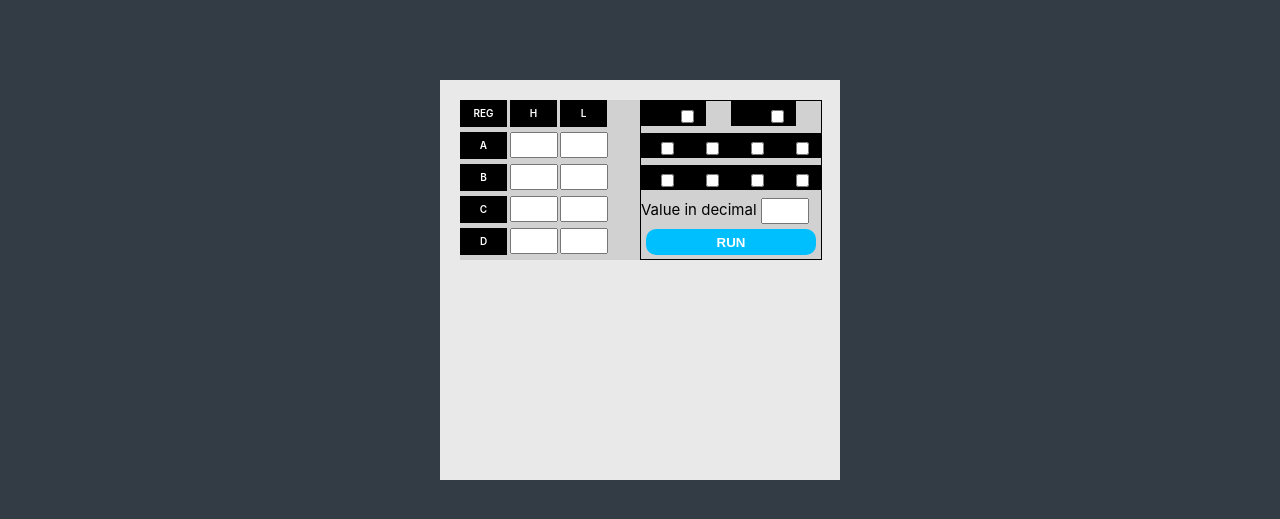
Repository: piookr-wsei/8086
Page: /
These files come from the project's save history. The page is drawn as it stood at one moment and after the next save; the edit follows.
The browser window is 1280 px wide. The pictures show the whole page.
The project was rebuilt for these pictures with package versions that can differ from the ones it lists, and the page was loaded fresh each time.

Above is the page before, as saved 2022-06-18 21:54:40.

### src/App.js
import React from 'react';
import { useState } from 'react';
import './App.css';
import { RegDesc, RegInput, RegWrapper, UiWindow, UiWrapper, SettingsWrapper, Labels, CheckWrapper, OpBox, LineWrap, NumDesc, RegChWrapper, Run } from './Components/Components.elements';


function App() {

  const xchg="xchg";
  const mov="mov"

  const [movChecked, setMovChecked] = useState(false);

  const [xchgChecked, setXchgChecked] = useState(false);

  const [opChosen,setOpChosen] = useState(null)

  function HandleCheck(name){
    if(name=="mov"){
      setMovChecked(!movChecked)
      setXchgChecked(false)
    }
    else if(name=="xchg"){
      setXchgChecked(!xchgChecked)
      setMovChecked(false)

    }
    setOpChosen(name)
  }

function OpChange(){
  return(
    <>
    <Labels>
      <CheckWrapper>
        MOV
        <OpBox type="checkbox"  checked={movChecked} onClick={() => HandleCheck(mov)} id="MOV"/>
      </CheckWrapper>
      <CheckWrapper style={{position:"relative", left:"10px"}}>
        XCHG
        <OpBox type="checkbox" checked={xchgChecked} onChange={() => HandleCheck(xchg)} id="XCHG" name="XCHG"/>
      </CheckWrapper>
    </Labels>
    </>
    )
  }







  return (
    <div className="App">
      <UiWindow>
        <UiWrapper>
          <RegWrapper>
            <RegDesc textContent={"REG"}/>  <RegDesc textContent={"H"}/>  <RegDesc textContent={"L"}/>

            <RegDesc textContent={"A"}/>  <RegInput maxLength={2}/> <RegInput maxLength={2}/>
            <RegDesc textContent={"B"}/>  <RegInput maxLength={2}/> <RegInput maxLength={2}/>
            <RegDesc textContent={"C"} />  <RegInput maxLength={2}/> <RegInput maxLength={2}/>
            <RegDesc textContent={"D"}/>  <RegInput maxLength={2}/> <RegInput maxLength={2}/>
          </RegWrapper>

          <SettingsWrapper>

              <OpChange style={{background: "rgba(0,0,0,0.1)"}}/>

              <RegChWrapper>
                <CheckWrapper>
                  AH<OpBox type="checkbox"/>
                </CheckWrapper>
                <CheckWrapper>
                  BH<OpBox type="checkbox"/>
                </CheckWrapper>
                <CheckWrapper>
                  CH<OpBox type="checkbox"/>
                </CheckWrapper>
                <CheckWrapper>
                  DH<OpBox type="checkbox"/>
                </CheckWrapper>
                <CheckWrapper>
                  AL<OpBox type="checkbox"/>
                </CheckWrapper>
                <CheckWrapper>
                  BL<OpBox type="checkbox"/>
                </CheckWrapper>
                <CheckWrapper>
                  CL<OpBox type="checkbox"/>
                </CheckWrapper>
                <CheckWrapper>
                  DL<OpBox type="checkbox"/>
                </CheckWrapper>
              </RegChWrapper>

              <LineWrap>
              <NumDesc textContent={"Value in decimal"}/>  <RegInput maxLength={3} style={{width:"40px"}}/>
              </LineWrap>
              <Run>RUN</Run>
          </SettingsWrapper>



        </UiWrapper>
      </UiWindow>

    </div>
  );
}

export default App;

### src/App.css
body{
  height: 100%;
  background: rgba(1, 10, 22, 0.8);
}
.App {

}

.App-logo {
  height: 40vmin;
  pointer-events: none;
}

@media (prefers-reduced-motion: no-preference) {
  .App-logo {
    animation: App-logo-spin infinite 20s linear;
  }
}

.App-header {
  background-color: #282c34;
  min-height: 100vh;
  display: flex;
  flex-direction: column;
  align-items: center;
  justify-content: center;
  font-size: calc(10px + 2vmin);
  color: white;
}

.App-link {
  color: #61dafb;
}

@keyframes App-logo-spin {
  from {
    transform: rotate(0deg);
  }
  to {
    transform: rotate(360deg);
  }
}

### src/Components/Components.elements.js
import styled from "styled-components";

export const UiWindow = styled.div`
    height: 400px;
    width: 400px;
    background: rgb(233,233,233);
    position: relative;
    margin: auto;
    top: 80px;
`

export const UiWrapper = styled.div`
    border: 20px solid transparent;
    display: grid;
    grid-template-columns: 1fr 1fr;
`

export const RegWrapper = styled.div`
    width: 180px;
    background: rgba(0,0,0,0.1);
    position: relative;
    left: 0;
    display: grid;
    grid-template-columns: 50px 50px 50px;
`

export const RegInput = styled.input`
    height: 20px;
    width: 40px;
    margin-bottom:5px;
    text-align: center;
`

export const SettingsWrapper = styled.div`
    width: 180px;
    background: rgba(0,0,0,0.1);
    position: relative;
    right: 0;
    display: grid;
    grid-template-columns: 180px;
    border: solid 1px black;
    font-size: 14px;
    line-height: 22px;
    grid-template-rows: 32px 64px repeat(auto-fit, 32px);
`

export const RegDescSC = styled.div`
    height: 27px;
    width: 47px;
    background: black;
    margin-bottom:5px;
    color: white;
    font-weight: 600;
`

export const DescText = styled.p`
    font-size: 10px;
    text-align: center;
    position: relative;
    top: -3px;
`

export function RegDesc(props){
    return(
        <RegDescSC>
            <DescText>{props.textContent}</DescText>
        </RegDescSC>
    )
}

export const Labels = styled.div`
    display: grid;
    grid-template-columns: 80px 80px;
`

export const CheckWrapper = styled.div`
    background: rgba(0,0,0);
    min-width: 30px;
    max-width: 65px;
    height: 25px;
    display: flex;
    justify-content: space-between;
`

export const OpBox = styled.input`
    vertical-align: "middle";
    position: relative;
    top: 3px;
    left: -9px;
`

export const LineWrap = styled.div`
    width: 180px;
    display: flex;
    align-items: center;
`

export const NumSC = styled.div`
    width: 120px;
    text-align: left !important;
`

export function NumDesc(props){
    return(
        <NumSC>
            <DescText style={{textAlign: "left", fontSize:"15px"}}>{props.textContent}</DescText>
        </NumSC>
    )
}

export const RegChWrapper = styled.div`
width: 180px;
display: grid;
grid-template-columns: 45px 45px 45px 45px ;
`

export const Run = styled.button`
width: 170px;
border-radius: 10px;
border:transparent 4px;
background-color: #00bfff;
margin: 0px auto 4px auto;
font-weight: 700;
color: white;
cursor: pointer;
`

Loaded but not shown: public/index.html (common file); src/index.js (common file); src/index.css (common file); src/reportWebVitals.js (common file)

After the next save:
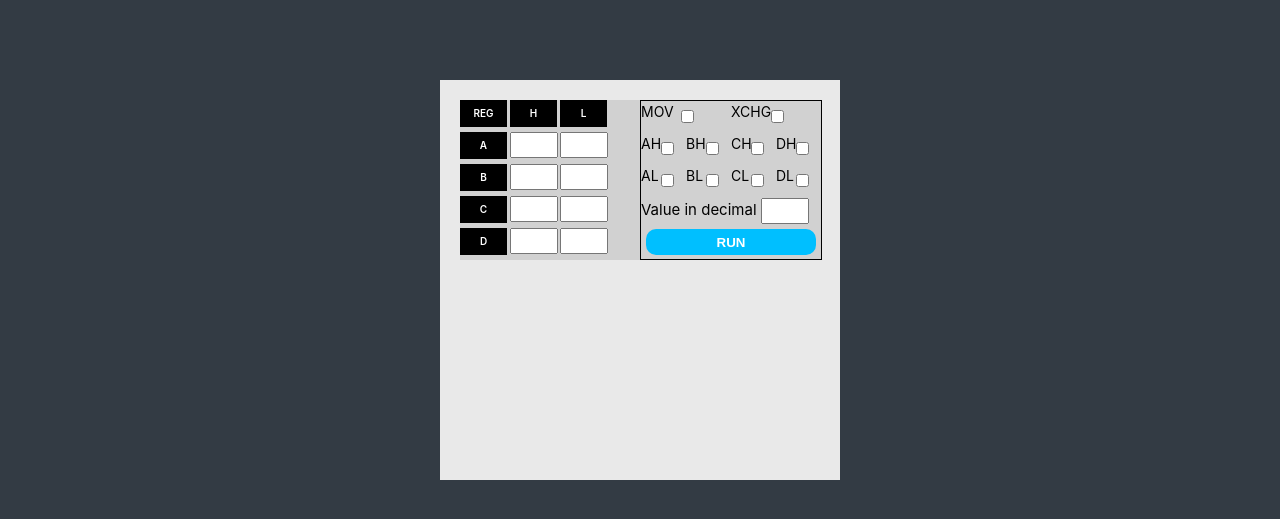
Saved 5 s later.
--- a/src/Components/Components.elements.js
+++ b/src/Components/Components.elements.js
@@ -74,7 +74,7 @@ export const Labels = styled.div`
 `
 
 export const CheckWrapper = styled.div`
-    background: rgba(0,0,0);
+
     min-width: 30px;
     max-width: 65px;
     height: 25px;
